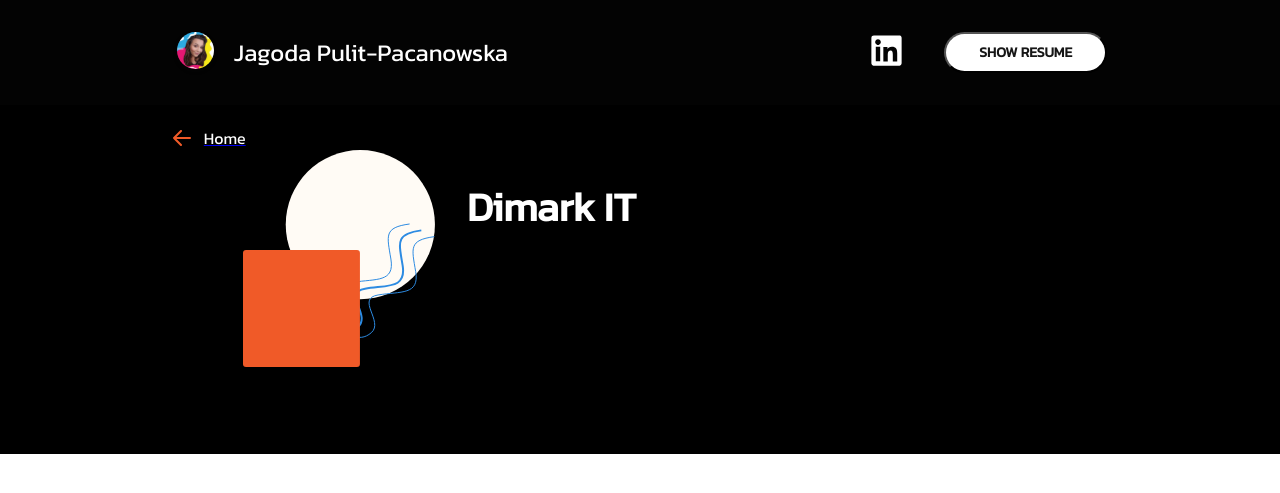
Repository: remigiuszpulit/ux-ui-portfolio
Page: /dimarkit
The author's editor kept a copy of each file at every save. The page is drawn from the files as they stood at one save, then again after the next save.
The browser window is 1280 px wide. The pictures show the whole page.
The project was rebuilt for these pictures with package versions that can differ from the ones it lists, and the page was loaded fresh each time. Also part of the build but not shown: src/components/Card.js, src/pages/index.js.

Above is the page before, as saved 2022-10-03 20:20:10.

After the next save:
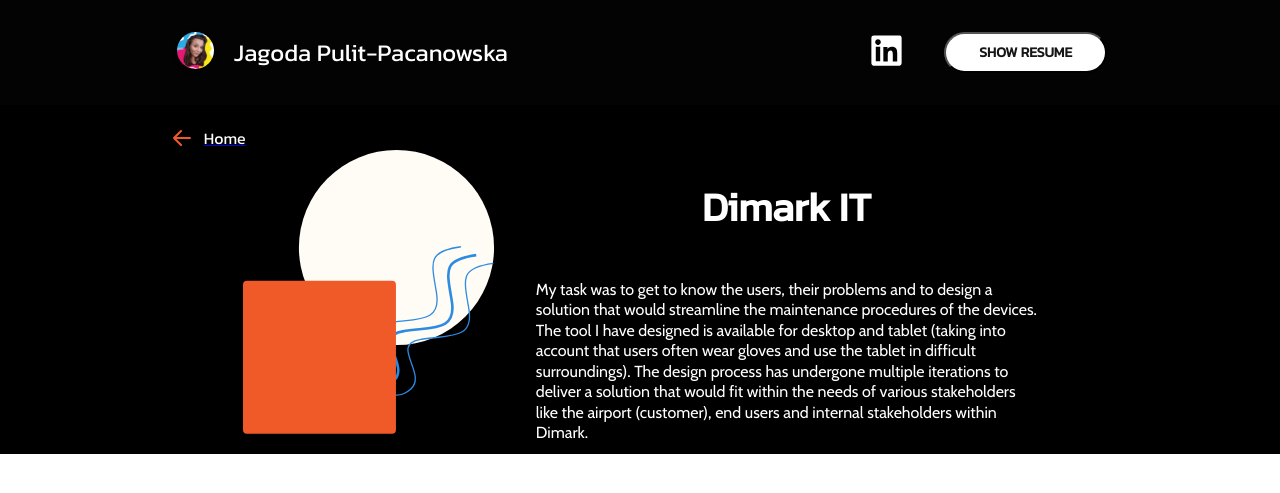
Saved 55 s later.
--- a/src/pages/dimark.js
+++ b/src/pages/dimark.js
@@ -3,9 +3,17 @@
 import styled from "styled-components";
 import grafika_dimark from "../static/grafika_dimark.svg";
 
+const headParagraph =
+  "My task was to get to know the users, their problems and to design a solution that would streamline the maintenance procedures of the devices. The tool I have designed is available for desktop and tablet (taking into account that users often wear gloves and use the tablet in difficult surroundings). The design process has undergone multiple iterations to deliver a solution that would fit within the needs of various stakeholders like the airport (customer), end users and internal stakeholders within Dimark.";
+
 function Dimark(props) {
   return (
-    <PageHead color={"#F05A28"} logo={grafika_dimark} head={"Dimark IT"} />
+    <PageHead
+      color={"#F05A28"}
+      logo={grafika_dimark}
+      head={"Dimark IT"}
+      par={headParagraph}
+    />
   );
 }
 
